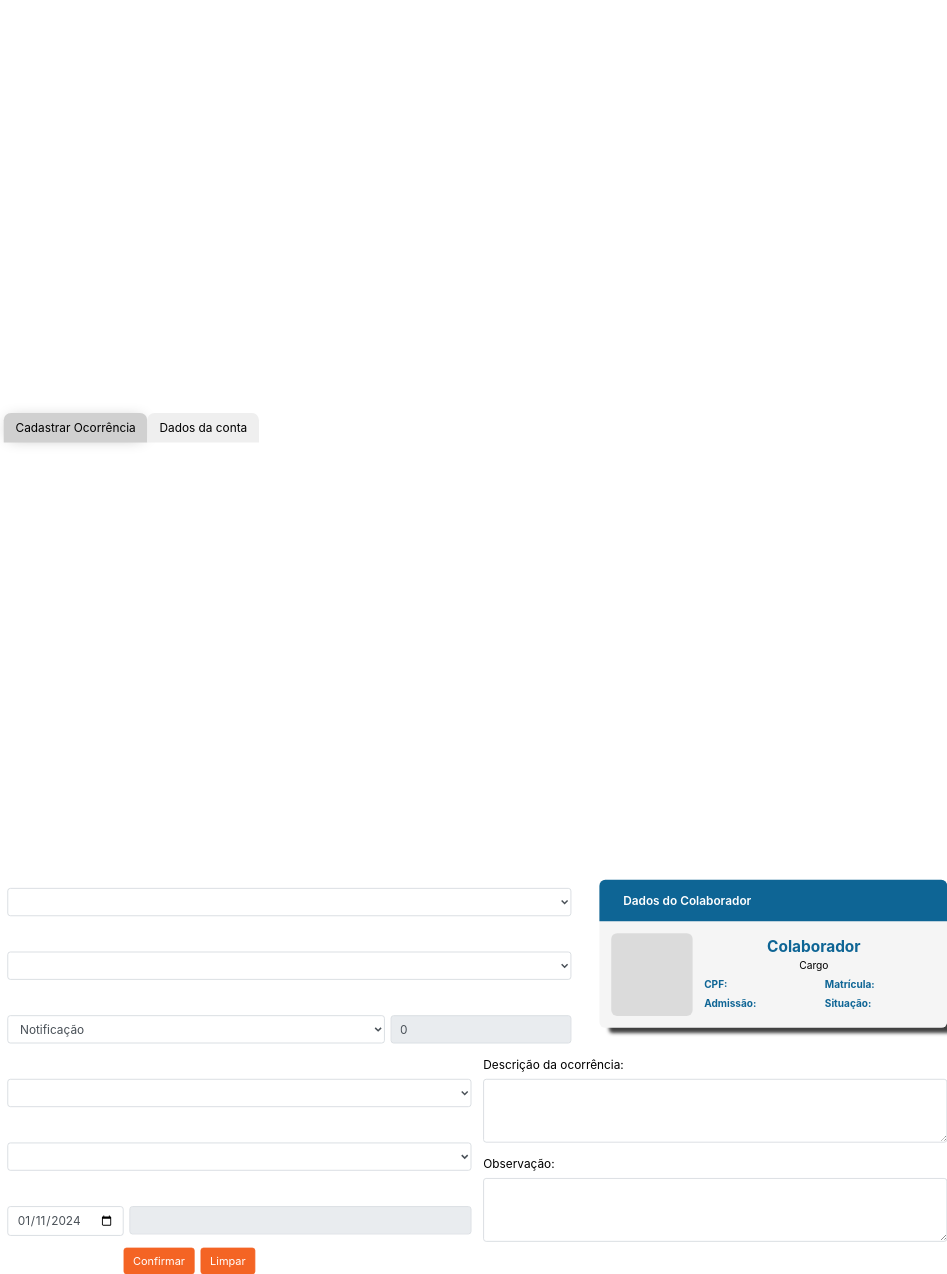
Repository: Conlog-SA/portal_operacional
Page: apps/gente_gestao_fluxo_punitivo/templates/gente_gestao_fluxo_punitivo/fluxo_punitivo.html
An editor plug-in stored every save of this project. The page is shown before and after the next save, followed by the edit.
The browser window is 1280 px wide. The pictures show the whole page, at 74% of full size.
The template is drawn by Django 3.2. The application's start-up code is not run. The template is opened directly, without the code that normally fills it, so the values that code supplies are empty.

Above is the page before, as saved 2024-01-11 13:27:00.
Console error: TypeError: Cannot read properties of null (reading 'addEventListener')

After the next save:
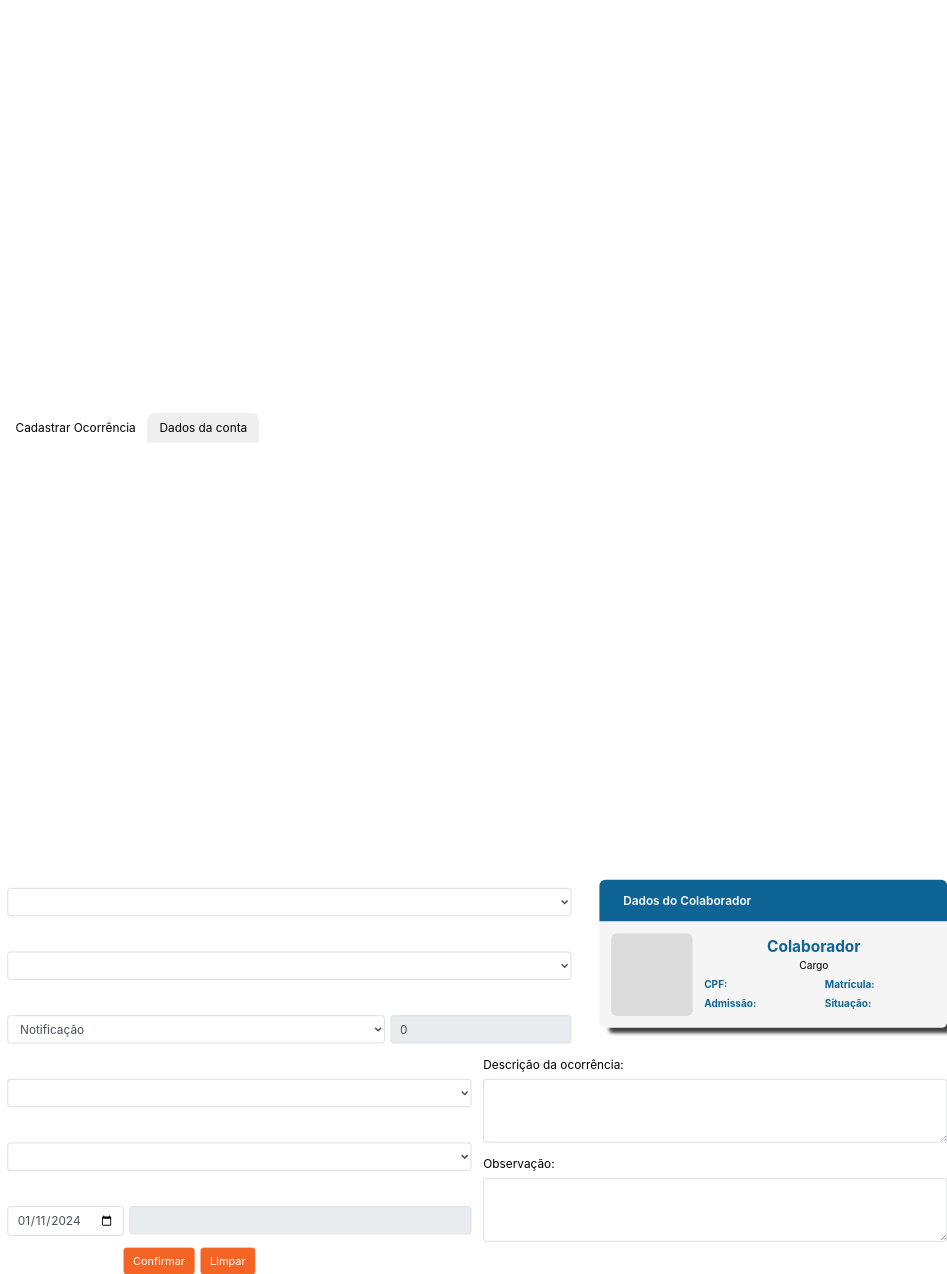
Saved 116 s later.
--- a/static/css/gente_gestao_fluxo_punitivo/fluxo_punitivo.css
+++ b/static/css/gente_gestao_fluxo_punitivo/fluxo_punitivo.css
@@ -70,10 +70,8 @@
 }
 
 .nav-link.active{
-    background-color: var(--cor_cinza_claro2) !important;
     color: black !important;
     border: 0px solid !important;
-    box-shadow: 0px 1px 20px -7px rgba(0, 0, 0, 0.3);
 }
 
 .nav-link:hover{
